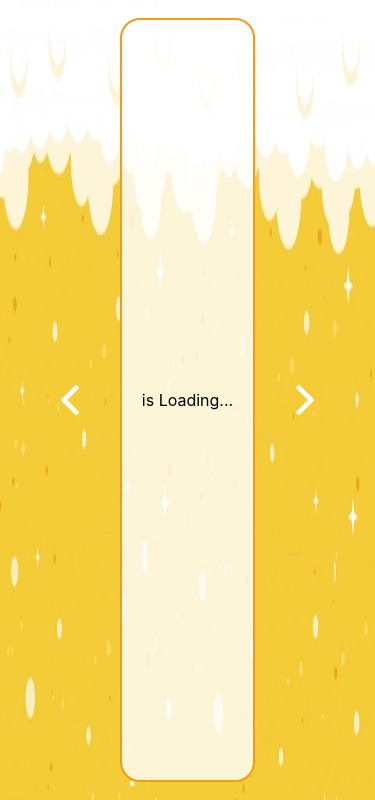
Repository: SebastianArmata22/Beer-app
Page: /
The author's editor kept a copy of each file at every save. The page is drawn from the files as they stood at one save, then again after the next save.
The browser window is 375 px wide. The pictures show the whole page.
The page's requests for data from a server got no answer. The project was rebuilt for these pictures with package versions that can differ from the ones it lists, and the page was loaded fresh each time. No one was signed in, and anything a server would have sent is missing. Also part of the build but not shown: src/Card.js.

Above is the page before, as saved 2021-01-05 23:06:18.

### src/App.js
import './App.css';
import Card from './Card.js'
import React from 'react'
import rigtArrow from'./right-arrow.svg'
import leftArrow from'./left-arrow.svg'


class App extends React.Component {

  constructor(props){
    super(props);
    this.state={
      isLoaded:false,
      data:[],
      isNext:true
    }
    this.counter=1
    this.nextBeer=this.nextBeer.bind(this)
    this.previousBeer=this.previousBeer.bind(this)
  }
  getUrl(){
   return `https://api.punkapi.com/v2/beers/${this.counter}`
  }
  getDateFromApi(url){
    fetch(url)
    .then(response=>response.json())
    .then(dataApi=>this.setState({
      isLoaded: true,
      data: dataApi}))
  }
  nextBeer(){
    this.setState({isLoaded: false})
    this.counter<325 && this.counter++
    this.getDateFromApi(this.getUrl())
    this.setState({isNext:true})
  }
 previousBeer(){
    this.setState({isLoaded: false})
    this.counter>1 && this.counter--
    this.getDateFromApi(this.getUrl());
    this.setState({isNext:false})
  }
  componentDidMount(){
    this.getDateFromApi(this.getUrl());
  }
  render(){
    return(
        <div className="app-container">
        <img className="svg-button" onClick={this.previousBeer} src={leftArrow} alt="previous" height='100px'/>
        {this.state.isLoaded ? <Card item={this.state.data} isNext={this.state.isNext} /> : <div className="card load-div">is Loading...</div>}
        <img className="svg-button" onClick={this.nextBeer} src={rigtArrow} alt="next" height='100px' />
        </div>

    )
  }
}

export default App;

### src/App.css
.app-container{
  width: 100%;
  min-height: 100vh;
  display: flex;
  justify-content: center;
  align-items: center;
}

.svg-button{
  cursor: pointer;
}

@media only screen and (max-width: 600px) {
  .svg-button{
    transform: scale(0.3);
  }

}

### src/Card.css
*{
    margin: 0;
    padding: 0;

}
body{
    background-image: url('./background.png');
    background-repeat: no-repeat;
    background-size: 100% 100%;
}
.card {
border: 2px solid #f39c12;
border-radius: 20px;
max-width: 700px;
display: flex;
flex-direction: column;
min-height: 90vh;
padding: 20px;
background-color: rgba(255, 255, 255,0.8);
}
.card h2{
    color: #f39c12;
}

.photo-beer{
    height: 50vh;
}
.photo-card{
    display: flex;
    align-items: center;
    flex-direction: column;

}

.load-div{
    display: flex;
     justify-content: center;
     align-items: center;
}

.text-card{
    position: relative;
    text-align: left;
}

@media only screen and (max-width: 600px) {

}

Loaded but not shown: public/index.html (common file); src/index.js (common file); src/index.css (common file)

After the next save:
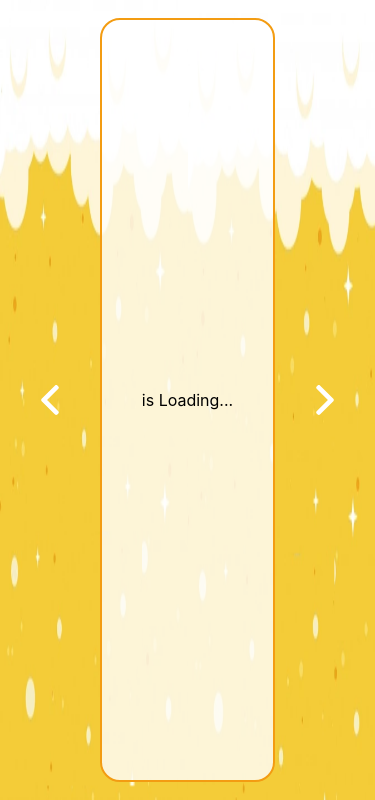
Saved 57 s later.
--- a/src/Card.css
+++ b/src/Card.css
@@ -44,5 +44,8 @@ background-color: rgba(255, 255, 255,0.8);
 }
 
 @media only screen and (max-width: 600px) {
+    .card{
+        width: 300px;
+    }
 
 }
